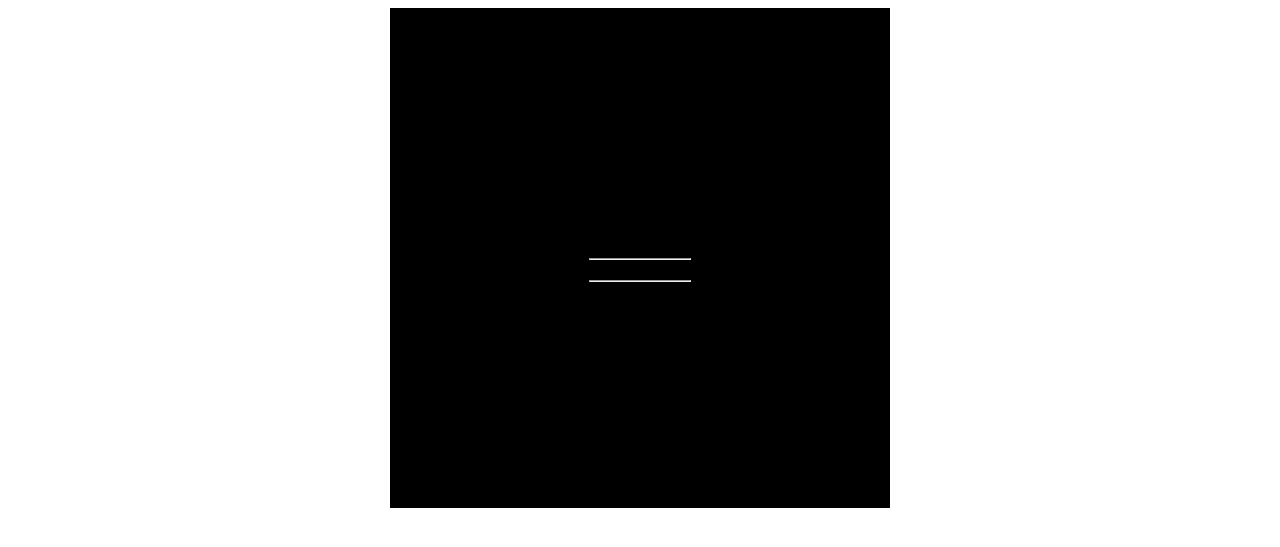
Repository: batonAnton/Hw-Lec10-animation
Page: index.html
These files come from the project's save history. The page is drawn as it stood at one moment and after the next save; the edit follows.
The browser window is 1280 px wide. The pictures show the whole page.

Above is the page before, as saved 2022-07-15 12:57:38.

### index.html
<!DOCTYPE html>
<html lang="en">
<head>
    <meta charset="UTF-8">
    <meta http-equiv="X-UA-Compatible" content="IE=edge">
    <meta name="viewport" content="width=device-width, initial-scale=1.0">
    <link rel="stylesheet" href="css/style.css">
    <title>Animation</title>
</head>
<body>
        <div class="wrapper">
            <div class="block">
                <div class="first-line"> <hr></div>
                <div class="second-line"><hr></div>
            </div>
        </div>
</body>
</html>

### css/style.css
.wrapper{
    display:flex;
    justify-content: center;
}
.block{
    background-color: black;
    width: 500px;
    height: 500px;
}

.cross-line{
    width: 50px;
    height: 50px;
}

hr{
    background-color: #fff;
    width: 100px;
    display: flex;
    justify-content: flex-end;
    align-items: center;
}

.first-line{
    margin-top: 50%;
    margin-bottom: 20px;
    animation-name: cross-line1;
    animation-duration: 1s;
    animation-iteration-count:infinite;
}

.second-line{
    animation-name: cross-line2;
    animation-duration: 1s;
    animation-iteration-count: infinite;
}

.block:hover{
    animation-play-state:running;
    cursor: pointer;
}

@keyframes cross-line1{
    to{
        transform:rotate(45deg);
    }
}

@keyframes cross-line2{
    to{
        transform:rotate(-45deg);
    }
}

After the next save:
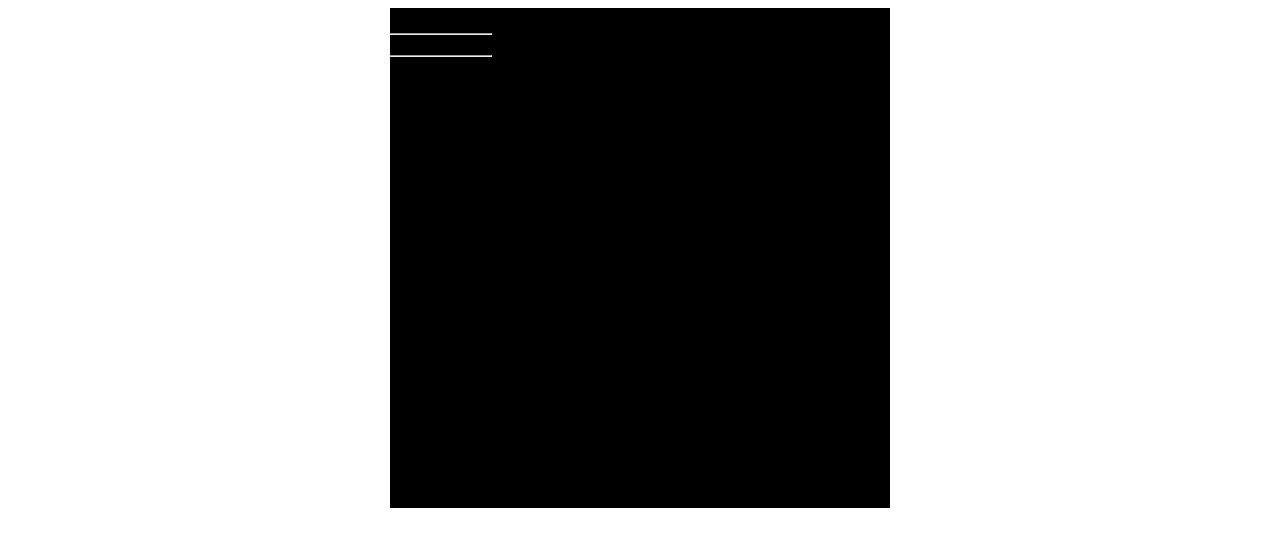
Saved 4 min 17 s later.
--- a/index.html
+++ b/index.html
@@ -10,8 +10,11 @@
 <body>
         <div class="wrapper">
             <div class="block">
-                <div class="first-line"> <hr></div>
-                <div class="second-line"><hr></div>
+                <div class="cross-line">
+                    <div class="first-line"> <hr></div>
+                    <div class="second-line"><hr></div>
+                </div>
+
             </div>
         </div>
 </body>
